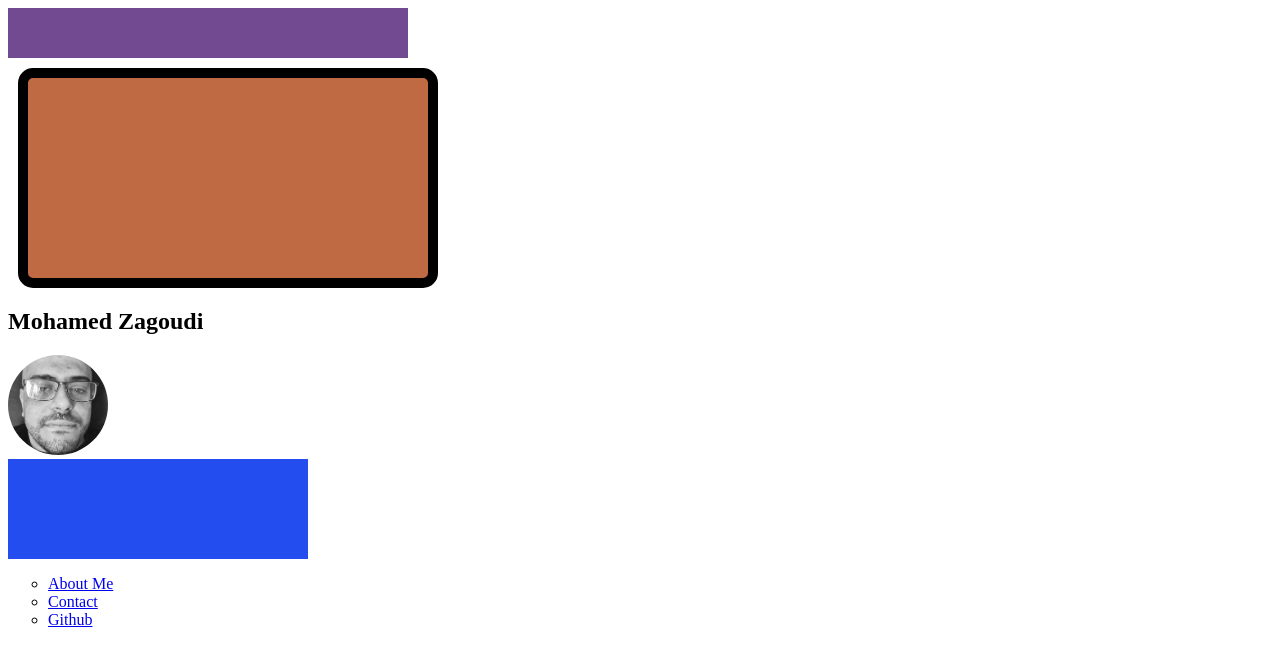
Repository: Mohzagou/Eersteportofolio
Page: index.html
The author's editor kept a copy of each file at every save. The page is drawn from the files as they stood at one save, then again after the next save.
The browser window is 1280 px wide. The pictures show the whole page.

Above is the page before, as saved 2022-06-07 19:04:11.

After the next save:
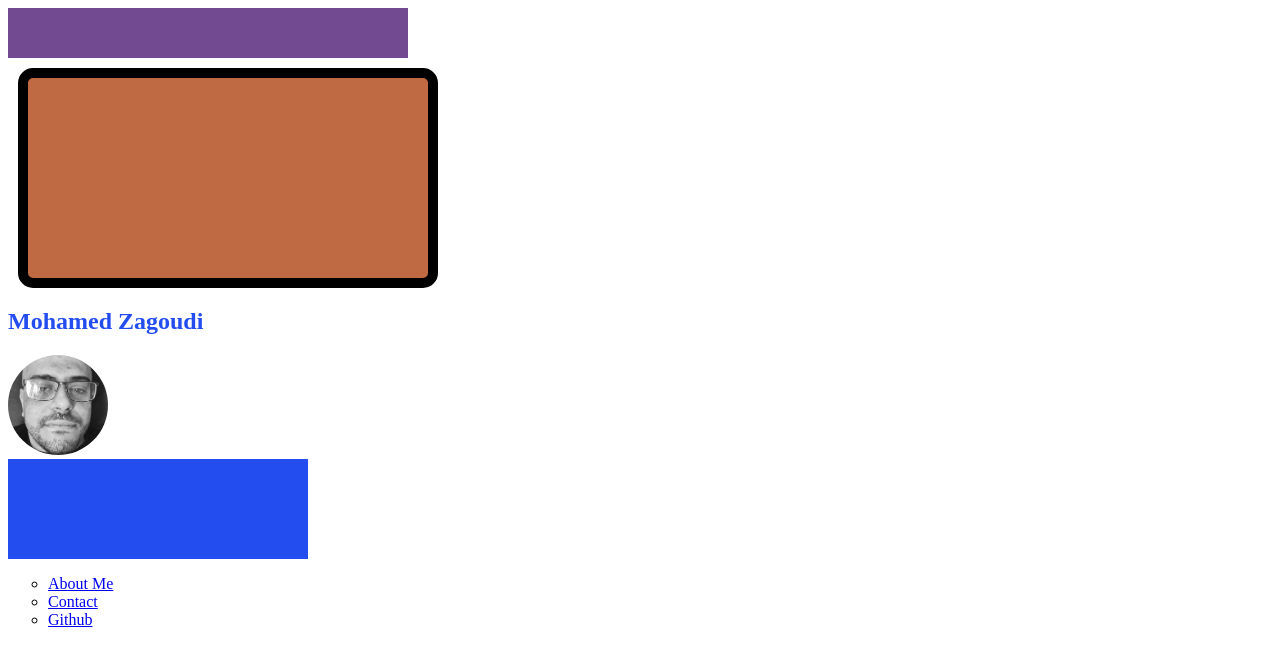
Saved 42 s later.
--- a/styles.css
+++ b/styles.css
@@ -23,3 +23,7 @@ section {
     width: 100px;
     border-radius: 50px;
 }
+
+#name {
+    color: #234def;
+}
